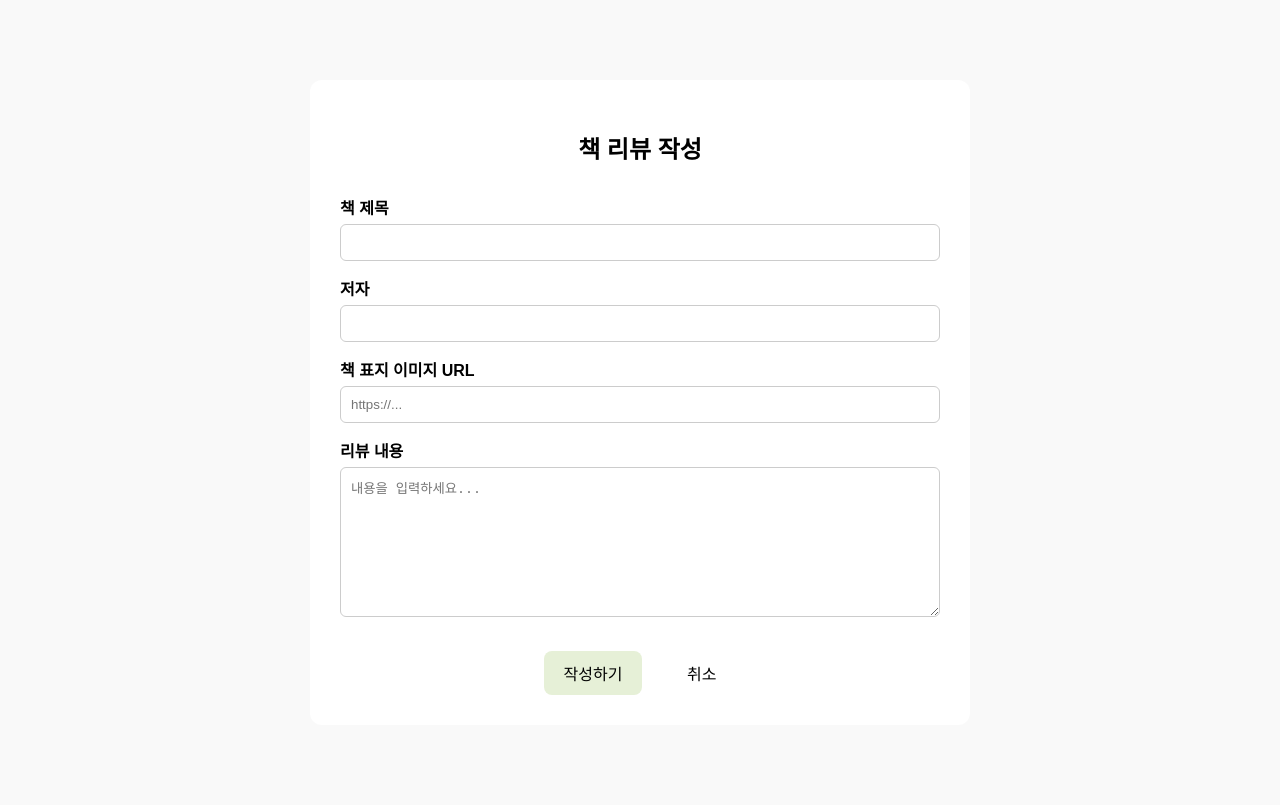
Repository: book-recommendation-team/book_recommendation_web_project
Page: http://localhost/2025_teamproject/reviewForm.jsp
These files come from the project's save history. The page is drawn as it stood at one moment and after the next save; the edit follows.
The browser window is 1280 px wide. The pictures show the whole page.
The page is served by Tomcat 9.

Above is the page before, as saved 2025-07-01 05:32:41.

After the next save:
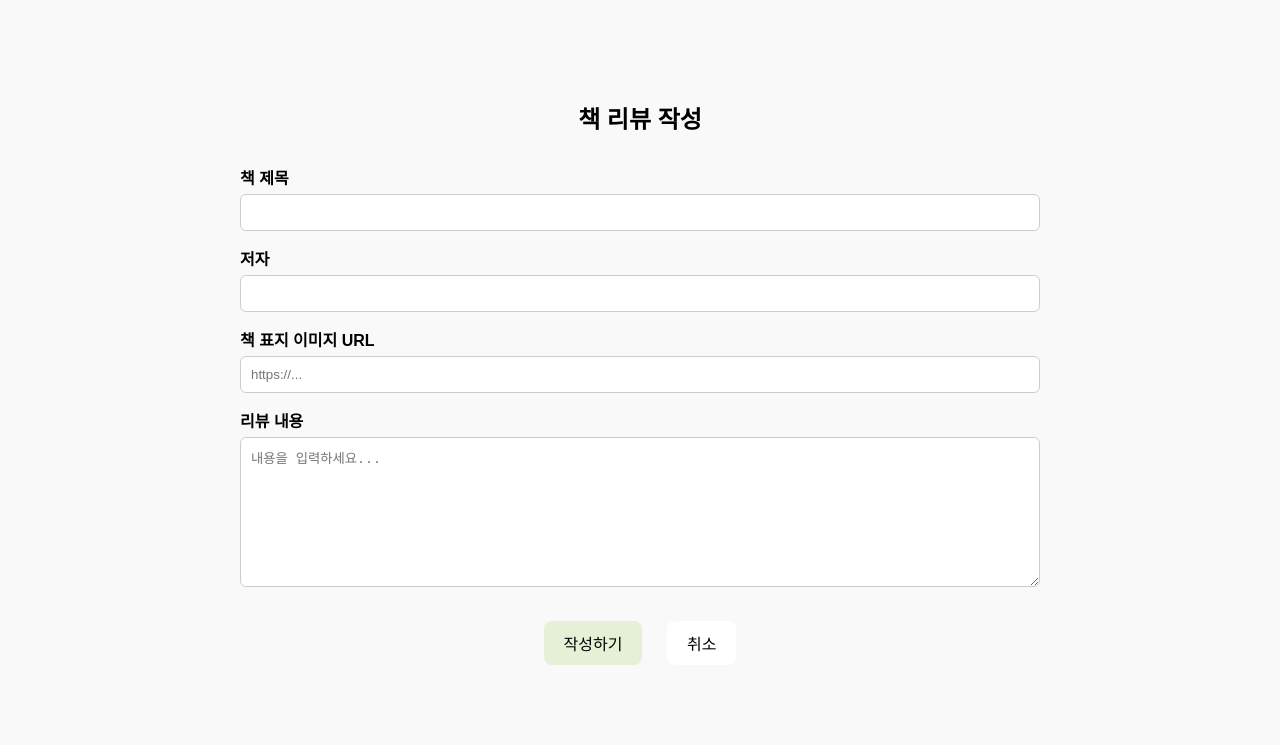
Saved 21 s later.
--- a/2025_teamproject/src/main/webapp/reviewForm.jsp
+++ b/2025_teamproject/src/main/webapp/reviewForm.jsp
@@ -10,13 +10,6 @@
             max-width: 800px;
 			background-color: #f9f9f9;
 			padding: 40px;
-		}
-		.form-container {
-			max-width: 600px;
-			margin: 0 auto;
-			background-color: #fff;
-			padding: 30px;
-			border-radius: 12px;
 		}
 		h2 {
 			text-align: center;
